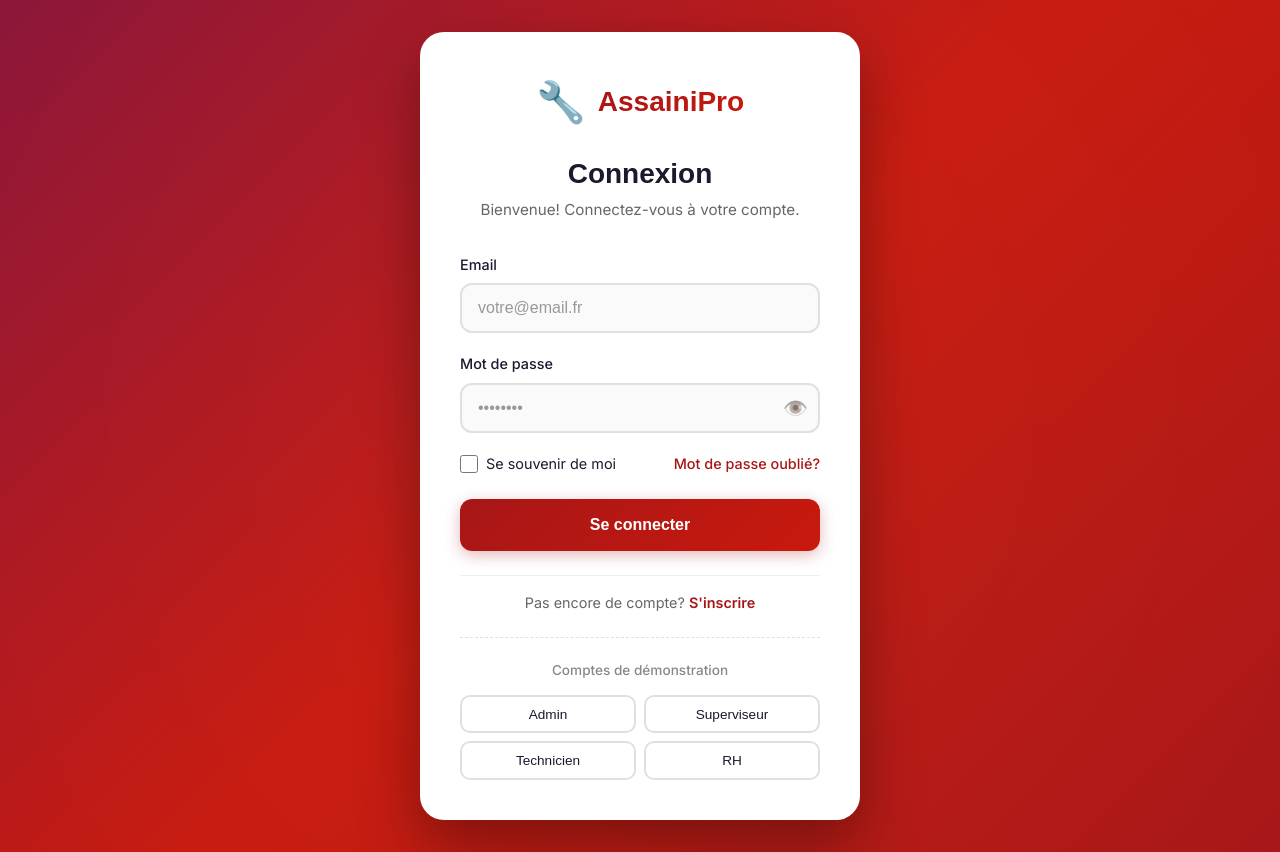
Repository: YoussefTakali/mouhab
Page: / (app in assainissement-frontend/)
These files come from the project's save history. The page is drawn as it stood at one moment and after the next save; the edit follows.
The browser window is 1280 px wide. The pictures show the whole page.
The project was rebuilt for these pictures with package versions that can differ from the ones it lists, and the page was loaded fresh each time. Also part of the build but not shown: assainissement-frontend/angular.json.

Above is the page before, as saved 2026-02-05 18:46:53.

### assainissement-frontend/src/index.html
<!doctype html>
<html lang="fr">
<head>
  <meta charset="utf-8">
  <title>AssainissementPro - Gestion des Interventions</title>
  <base href="/">
  <meta name="viewport" content="width=device-width, initial-scale=1">
  <link rel="icon" type="image/x-icon" href="favicon.ico">
  <link href="https://fonts.googleapis.com/css2?family=Inter:wght@300;400;500;600;700&display=swap" rel="stylesheet">
  <link href="https://fonts.googleapis.com/icon?family=Material+Icons" rel="stylesheet">
</head>
<body>
  <app-root></app-root>
</body>
</html>

### assainissement-frontend/src/styles.scss
// Global styles
@import url('https://fonts.googleapis.com/css2?family=Inter:wght@300;400;500;600;700&display=swap');

:root {
  // Primary colors - Professional Blue
  --primary-50: #e3f2fd;
  --primary-100: #bbdefb;
  --primary-200: #90caf9;
  --primary-300: #64b5f6;
  --primary-400: #42a5f5;
  --primary-500: #1976d2;
  --primary-600: #1565c0;
  --primary-700: #0d47a1;
  --primary-800: #0a3d8f;
  --primary-900: #072c6b;

  // Secondary colors - Teal/Green for success
  --secondary-50: #e0f2f1;
  --secondary-100: #b2dfdb;
  --secondary-500: #009688;
  --secondary-600: #00897b;
  --secondary-700: #00796b;

  // Accent colors - Orange for warnings/urgent
  --accent-50: #fff3e0;
  --accent-100: #ffe0b2;
  --accent-500: #ff9800;
  --accent-600: #fb8c00;
  --accent-700: #f57c00;

  // Danger colors
  --danger-50: #ffebee;
  --danger-100: #ffcdd2;
  --danger-500: #f44336;
  --danger-600: #e53935;
  --danger-700: #d32f2f;

  // Success colors
  --success-50: #e8f5e9;
  --success-100: #c8e6c9;
  --success-500: #4caf50;
  --success-600: #43a047;
  --success-700: #388e3c;

  // Neutral colors
  --gray-50: #fafafa;
  --gray-100: #f5f5f5;
  --gray-200: #eeeeee;
  --gray-300: #e0e0e0;
  --gray-400: #bdbdbd;
  --gray-500: #9e9e9e;
  --gray-600: #757575;
  --gray-700: #616161;
  --gray-800: #424242;
  --gray-900: #212121;

  // Background
  --bg-primary: #f8fafc;
  --bg-secondary: #ffffff;
  --bg-tertiary: #f1f5f9;

  // Text
  --text-primary: #1e293b;
  --text-secondary: #64748b;
  --text-muted: #94a3b8;

  // Shadows
  --shadow-sm: 0 1px 2px 0 rgb(0 0 0 / 0.05);
  --shadow-md: 0 4px 6px -1px rgb(0 0 0 / 0.1), 0 2px 4px -2px rgb(0 0 0 / 0.1);
  --shadow-lg: 0 10px 15px -3px rgb(0 0 0 / 0.1), 0 4px 6px -4px rgb(0 0 0 / 0.1);
  --shadow-xl: 0 20px 25px -5px rgb(0 0 0 / 0.1), 0 8px 10px -6px rgb(0 0 0 / 0.1);

  // Border radius
  --radius-sm: 0.25rem;
  --radius-md: 0.5rem;
  --radius-lg: 0.75rem;
  --radius-xl: 1rem;
  --radius-full: 9999px;

  // Transitions
  --transition-fast: 150ms ease;
  --transition-normal: 250ms ease;
  --transition-slow: 350ms ease;
}

* {
  margin: 0;
  padding: 0;
  box-sizing: border-box;
}

html, body {
  height: 100%;
}

body {
  font-family: 'Inter', -apple-system, BlinkMacSystemFont, 'Segoe UI', Roboto, Oxygen, Ubuntu, sans-serif;
  font-size: 14px;
  line-height: 1.5;
  color: var(--text-primary);
  background-color: var(--bg-primary);
  -webkit-font-smoothing: antialiased;
  -moz-osx-font-smoothing: grayscale;
}

// Typography
h1, h2, h3, h4, h5, h6 {
  font-weight: 600;
  line-height: 1.25;
  color: var(--text-primary);
}

h1 { font-size: 2rem; }
h2 { font-size: 1.5rem; }
h3 { font-size: 1.25rem; }
h4 { font-size: 1.125rem; }
h5 { font-size: 1rem; }
h6 { font-size: 0.875rem; }

p {
  color: var(--text-secondary);
}

a {
  color: var(--primary-500);
  text-decoration: none;
  transition: color var(--transition-fast);

  &:hover {
    color: var(--primary-700);
  }
}

// Buttons
.btn {
  display: inline-flex;
  align-items: center;
  justify-content: center;
  gap: 0.5rem;
  padding: 0.625rem 1.25rem;
  font-size: 0.875rem;
  font-weight: 500;
  line-height: 1.25rem;
  border-radius: var(--radius-md);
  border: none;
  cursor: pointer;
  transition: all var(--transition-fast);

  &:disabled {
    opacity: 0.5;
    cursor: not-allowed;
  }

  .material-icons {
    font-size: 1.125rem;
  }
}

.btn-primary {
  background-color: var(--primary-500);
  color: white;

  &:hover:not(:disabled) {
    background-color: var(--primary-600);
  }

  &:active:not(:disabled) {
    background-color: var(--primary-700);
  }
}

.btn-secondary {
  background-color: var(--gray-100);
  color: var(--text-primary);

  &:hover:not(:disabled) {
    background-color: var(--gray-200);
  }
}

.btn-success {
  background-color: var(--success-500);
  color: white;

  &:hover:not(:disabled) {
    background-color: var(--success-600);
  }
}

.btn-danger {
  background-color: var(--danger-500);
  color: white;

  &:hover:not(:disabled) {
    background-color: var(--danger-600);
  }
}

.btn-warning {
  background-color: var(--accent-500);
  color: white;

  &:hover:not(:disabled) {
    background-color: var(--accent-600);
  }
}

.btn-outline {
  background-color: transparent;
  border: 1px solid var(--gray-300);
  color: var(--text-primary);

  &:hover:not(:disabled) {
    background-color: var(--gray-50);
    border-color: var(--gray-400);
  }
}

.btn-sm {
  padding: 0.375rem 0.75rem;
  font-size: 0.75rem;
}

.btn-lg {
  padding: 0.875rem 1.75rem;
  font-size: 1rem;
}

.btn-icon {
  padding: 0.5rem;
  border-radius: var(--radius-full);
}

// Form controls
.form-group {
  margin-bottom: 1rem;
}

.form-label {
  display: block;
  margin-bottom: 0.375rem;
  font-size: 0.875rem;
  font-weight: 500;
  color: var(--text-primary);
}

.form-control {
  width: 100%;
  padding: 0.625rem 0.875rem;
  font-size: 0.875rem;
  line-height: 1.25rem;
  color: var(--text-primary);
  background-color: white;
  border: 1px solid var(--gray-300);
  border-radius: var(--radius-md);
  transition: border-color var(--transition-fast), box-shadow var(--transition-fast);

  &:focus {
    outline: none;
    border-color: var(--primary-500);
    box-shadow: 0 0 0 3px var(--primary-100);
  }

  &::placeholder {
    color: var(--text-muted);
  }

  &:disabled {
    background-color: var(--gray-100);
    cursor: not-allowed;
  }

  &.is-invalid {
    border-color: var(--danger-500);

    &:focus {
      box-shadow: 0 0 0 3px var(--danger-100);
    }
  }
}

textarea.form-control {
  min-height: 100px;
  resize: vertical;
}

.form-select {
  @extend .form-control;
  appearance: none;
  background-image: url("data:[embedded picture, 218 characters]");
  background-position: right 0.5rem center;
  background-repeat: no-repeat;
  background-size: 1.5em 1.5em;
  padding-right: 2.5rem;
}

.form-error {
  margin-top: 0.25rem;
  font-size: 0.75rem;
  color: var(--danger-500);
}

// Cards
.card {
  background-color: white;
  border-radius: var(--radius-lg);
  box-shadow: var(--shadow-sm);
  border: 1px solid var(--gray-200);
  overflow: hidden;
}

.card-header {
  padding: 1rem 1.5rem;
  border-bottom: 1px solid var(--gray-200);
  background-color: var(--gray-50);

  h3, h4 {
    margin: 0;
  }
}

.card-body {
  padding: 1.5rem;
}

.card-footer {
  padding: 1rem 1.5rem;
  border-top: 1px solid var(--gray-200);
  background-color: var(--gray-50);
}

// Badges / Status
.badge {
  display: inline-flex;
  align-items: center;
  gap: 0.25rem;
  padding: 0.25rem 0.625rem;
  font-size: 0.75rem;
  font-weight: 500;
  border-radius: var(--radius-full);
}

.badge-primary {
  background-color: var(--primary-100);
  color: var(--primary-700);
}

.badge-success {
  background-color: var(--success-100);
  color: var(--success-700);
}

.badge-warning {
  background-color: var(--accent-100);
  color: var(--accent-700);
}

.badge-danger {
  background-color: var(--danger-100);
  color: var(--danger-700);
}

.badge-secondary {
  background-color: var(--gray-200);
  color: var(--gray-700);
}

// Status indicators
.status-dot {
  display: inline-block;
  width: 8px;
  height: 8px;
  border-radius: 50%;
  margin-right: 0.5rem;

  &.status-created { background-color: var(--gray-400); }
  &.status-assigned { background-color: var(--primary-500); }
  &.status-accepted { background-color: var(--primary-400); }
  &.status-on-the-way { background-color: var(--accent-500); }
  &.status-on-site { background-color: var(--secondary-500); }
  &.status-in-progress { background-color: var(--secondary-600); }
  &.status-completed { background-color: var(--success-400); }
  &.status-pending-review { background-color: var(--accent-600); }
  &.status-approved { background-color: var(--success-500); }
  &.status-rejected { background-color: var(--danger-500); }
  &.status-cancelled { background-color: var(--gray-500); }
}

// Priority badges
.priority-badge {
  @extend .badge;

  &.priority-low {
    background-color: var(--gray-200);
    color: var(--gray-700);
  }
  &.priority-normal {
    background-color: var(--primary-100);
    color: var(--primary-700);
  }
  &.priority-high {
    background-color: var(--accent-100);
    color: var(--accent-700);
  }
  &.priority-urgent {
    background-color: var(--danger-100);
    color: var(--danger-700);
  }
  &.priority-emergency {
    background-color: var(--danger-500);
    color: white;
    animation: pulse 2s infinite;
  }
}

@keyframes pulse {
  0%, 100% { opacity: 1; }
  50% { opacity: 0.7; }
}

// Tables
.table-container {
  overflow-x: auto;
}

table {
  width: 100%;
  border-collapse: collapse;
}

th, td {
  padding: 0.75rem 1rem;
  text-align: left;
  border-bottom: 1px solid var(--gray-200);
}

th {
  font-weight: 600;
  font-size: 0.75rem;
  text-transform: uppercase;
  letter-spacing: 0.05em;
  color: var(--text-secondary);
  background-color: var(--gray-50);
}

tr:hover {
  background-color: var(--gray-50);
}

// Utilities
.text-center { text-align: center; }
.text-right { text-align: right; }
.text-muted { color: var(--text-muted); }
.text-primary { color: var(--primary-500); }
.text-success { color: var(--success-500); }
.text-danger { color: var(--danger-500); }
.text-warning { color: var(--accent-500); }

.font-bold { font-weight: 700; }
.font-semibold { font-weight: 600; }
.font-medium { font-weight: 500; }

.flex { display: flex; }
.flex-col { flex-direction: column; }
.items-center { align-items: center; }
.justify-center { justify-content: center; }
.justify-between { justify-content: space-between; }
.gap-1 { gap: 0.25rem; }
.gap-2 { gap: 0.5rem; }
.gap-3 { gap: 0.75rem; }
.gap-4 { gap: 1rem; }

.mb-1 { margin-bottom: 0.25rem; }
.mb-2 { margin-bottom: 0.5rem; }
.mb-3 { margin-bottom: 0.75rem; }
.mb-4 { margin-bottom: 1rem; }
.mb-6 { margin-bottom: 1.5rem; }

.mt-1 { margin-top: 0.25rem; }
.mt-2 { margin-top: 0.5rem; }
.mt-4 { margin-top: 1rem; }

.p-4 { padding: 1rem; }
.p-6 { padding: 1.5rem; }

.w-full { width: 100%; }

.hidden { display: none; }

// Avatar
.avatar {
  display: inline-flex;
  align-items: center;
  justify-content: center;
  width: 40px;
  height: 40px;
  border-radius: 50%;
  background-color: var(--primary-500);
  color: white;
  font-weight: 600;
  font-size: 1rem;

  &.avatar-sm {
    width: 32px;
    height: 32px;
    font-size: 0.875rem;
  }

  &.avatar-lg {
    width: 56px;
    height: 56px;
    font-size: 1.25rem;
  }
}

// Loading spinner
.spinner {
  display: inline-block;
  width: 20px;
  height: 20px;
  border: 2px solid var(--gray-300);
  border-radius: 50%;
  border-top-color: var(--primary-500);
  animation: spin 0.8s linear infinite;
}

@keyframes spin {
  to { transform: rotate(360deg); }
}

// Empty state
.empty-state {
  display: flex;
  flex-direction: column;
  align-items: center;
  justify-content: center;
  padding: 3rem 1.5rem;
  text-align: center;

  .material-icons {
    font-size: 3rem;
    color: var(--gray-400);
    margin-bottom: 1rem;
  }

  h4 {
    margin-bottom: 0.5rem;
  }

  p {
    color: var(--text-muted);
    max-width: 300px;
  }
}

// Scrollbar styling
::-webkit-scrollbar {
  width: 8px;
  height: 8px;
}

::-webkit-scrollbar-track {
  background: var(--gray-100);
}

::-webkit-scrollbar-thumb {
  background: var(--gray-400);
  border-radius: 4px;

  &:hover {
    background: var(--gray-500);
  }
}

// Toast notifications
.toast-container {
  position: fixed;
  top: 1rem;
  right: 1rem;
  z-index: 9999;
  display: flex;
  flex-direction: column;
  gap: 0.5rem;
}

.toast {
  display: flex;
  align-items: center;
  gap: 0.75rem;
  padding: 1rem 1.25rem;
  background-color: white;
  border-radius: var(--radius-lg);
  box-shadow: var(--shadow-lg);
  min-width: 300px;
  animation: slideIn 0.3s ease;

  &.toast-success { border-left: 4px solid var(--success-500); }
  &.toast-error { border-left: 4px solid var(--danger-500); }
  &.toast-warning { border-left: 4px solid var(--accent-500); }
  &.toast-info { border-left: 4px solid var(--primary-500); }
}

@keyframes slideIn {
  from {
    transform: translateX(100%);
    opacity: 0;
  }
  to {
    transform: translateX(0);
    opacity: 1;
  }
}

### assainissement-frontend/src/app/app.component.ts
import { Component } from '@angular/core';
import { RouterOutlet } from '@angular/router';
import { ToastContainerComponent } from './shared/toast-container/toast-container.component';

@Component({
  selector: 'app-root',
  standalone: true,
  imports: [RouterOutlet, ToastContainerComponent],
  template: `
    <router-outlet></router-outlet>
    <app-toast-container />
  `,
  styles: [`
    :host {
      display: block;
      height: 100%;
    }
  `]
})
export class AppComponent {
  title = 'AssainissementPro';
}

### assainissement-frontend/src/app/app.config.ts
import { ApplicationConfig } from '@angular/core';
import { provideRouter } from '@angular/router';
import { provideHttpClient, withInterceptors } from '@angular/common/http';
import { provideAnimations } from '@angular/platform-browser/animations';
import { routes } from './app.routes';
import { authInterceptor } from './core/interceptors/auth.interceptor';

export const appConfig: ApplicationConfig = {
  providers: [
    provideRouter(routes),
    provideHttpClient(withInterceptors([authInterceptor])),
    provideAnimations()
  ]
};

### assainissement-frontend/src/app/shared/toast-container/toast-container.component.ts
import { Component, inject } from '@angular/core';
import { CommonModule } from '@angular/common';
import { ToastService } from '../../core/services/toast.service';

@Component({
  selector: 'app-toast-container',
  standalone: true,
  imports: [CommonModule],
  template: `
    <div class="toast-container">
      @for (toast of toastService.toasts(); track toast.id) {
        <div
          class="toast"
          [class]="'toast-' + toast.type"
          (click)="toastService.remove(toast.id)"
        >
          <span class="toast-icon">{{ getIcon(toast.type) }}</span>
          <span class="toast-message">{{ toast.message }}</span>
          <button class="toast-close">✕</button>
        </div>
      }
    </div>
  `,
  styles: [`
    .toast-container {
      position: fixed;
      top: 1.5rem;
      right: 1.5rem;
      z-index: 9999;
      display: flex;
      flex-direction: column;
      gap: 0.75rem;
      max-width: 400px;
    }

    .toast {
      display: flex;
      align-items: center;
      gap: 0.75rem;
      padding: 1rem 1.25rem;
      border-radius: 12px;
      background: white;
      box-shadow: 0 8px 24px rgba(0, 0, 0, 0.15);
      cursor: pointer;
      animation: slideIn 0.3s ease-out;
    }

    @keyframes slideIn {
      from {
        opacity: 0;
        transform: translateX(100%);
      }
      to {
        opacity: 1;
        transform: translateX(0);
      }
    }

    .toast-success {
      border-left: 4px solid #4caf50;
    }

    .toast-error {
      border-left: 4px solid #f44336;
    }

    .toast-warning {
      border-left: 4px solid #ff9800;
    }

    .toast-info {
      border-left: 4px solid #2196f3;
    }

    .toast-icon {
      font-size: 1.25rem;
    }

    .toast-message {
      flex: 1;
      font-size: 0.875rem;
      color: var(--text-color);
    }

    .toast-close {
      background: none;
      border: none;
      font-size: 0.875rem;
      color: var(--text-light);
      cursor: pointer;
      padding: 0.25rem;
    }

    .toast-close:hover {
      color: var(--text-color);
    }

    @media (max-width: 480px) {
      .toast-container {
        left: 1rem;
        right: 1rem;
        max-width: none;
      }
    }
  `]
})
export class ToastContainerComponent {
  toastService = inject(ToastService);

  getIcon(type: string): string {
    const icons: Record<string, string> = {
      success: '✅',
      error: '❌',
      warning: '⚠️',
      info: 'ℹ️'
    };
    return icons[type] || 'ℹ️';
  }
}

### assainissement-frontend/src/app/core/interceptors/auth.interceptor.ts
import { HttpInterceptorFn, HttpErrorResponse } from '@angular/common/http';
import { inject } from '@angular/core';
import { Router } from '@angular/router';
import { catchError, throwError } from 'rxjs';
import { AuthService } from '../services/auth.service';

export const authInterceptor: HttpInterceptorFn = (req, next) => {
  const authService = inject(AuthService);
  const router = inject(Router);
  const token = authService.getToken();

  let authReq = req;

  if (token) {
    authReq = req.clone({
      setHeaders: {
        Authorization: `Bearer ${token}`
      }
    });
  }

  return next(authReq).pipe(
    catchError((error: HttpErrorResponse) => {
      if (error.status === 401) {
        authService.logout();
      } else if (error.status === 403) {
        router.navigate(['/unauthorized']);
      }
      return throwError(() => error);
    })
  );
};

### assainissement-frontend/src/app/core/services/toast.service.ts
import { Injectable, signal } from '@angular/core';

export interface Toast {
  id: number;
  message: string;
  type: 'success' | 'error' | 'warning' | 'info';
  duration?: number;
}

@Injectable({
  providedIn: 'root'
})
export class ToastService {
  private toastsSignal = signal<Toast[]>([]);
  toasts = this.toastsSignal.asReadonly();

  private nextId = 1;

  show(message: string, type: Toast['type'] = 'info', duration = 4000): void {
    const toast: Toast = {
      id: this.nextId++,
      message,
      type,
      duration
    };

    this.toastsSignal.update(toasts => [...toasts, toast]);

    if (duration > 0) {
      setTimeout(() => this.remove(toast.id), duration);
    }
  }

  success(message: string, duration = 4000): void {
    this.show(message, 'success', duration);
  }

  error(message: string, duration = 5000): void {
    this.show(message, 'error', duration);
  }

  warning(message: string, duration = 4000): void {
    this.show(message, 'warning', duration);
  }

  info(message: string, duration = 4000): void {
    this.show(message, 'info', duration);
  }

  remove(id: number): void {
    this.toastsSignal.update(toasts => toasts.filter(t => t.id !== id));
  }

  clear(): void {
    this.toastsSignal.set([]);
  }
}

### assainissement-frontend/src/app/core/guards/auth.guard.ts
import { inject } from '@angular/core';
import { CanActivateFn, Router } from '@angular/router';
import { AuthService } from '../services/auth.service';

export const authGuard: CanActivateFn = (route, state) => {
  const authService = inject(AuthService);
  const router = inject(Router);

  if (authService.isAuthenticated()) {
    return true;
  }

  router.navigate(['/login'], { queryParams: { returnUrl: state.url } });
  return false;
};

export const roleGuard: CanActivateFn = (route, state) => {
  const authService = inject(AuthService);
  const router = inject(Router);

  if (!authService.isAuthenticated()) {
    router.navigate(['/login'], { queryParams: { returnUrl: state.url } });
    return false;
  }

  const requiredRoles = route.data['roles'] as string[];
  const userRole = authService.currentUser()?.role;

  if (requiredRoles && userRole && requiredRoles.includes(userRole)) {
    return true;
  }

  router.navigate(['/unauthorized']);
  return false;
};

export const supervisorGuard: CanActivateFn = (route, state) => {
  const authService = inject(AuthService);
  const router = inject(Router);

  if (!authService.isAuthenticated()) {
    router.navigate(['/login'], { queryParams: { returnUrl: state.url } });
    return false;
  }

  if (authService.isSupervisor()) {
    return true;
  }

  router.navigate(['/unauthorized']);
  return false;
};

export const hrGuard: CanActivateFn = (route, state) => {
  const authService = inject(AuthService);
  const router = inject(Router);

  if (!authService.isAuthenticated()) {
    router.navigate(['/login'], { queryParams: { returnUrl: state.url } });
    return false;
  }

  if (authService.isHR()) {
    return true;
  }

  router.navigate(['/unauthorized']);
  return false;
};

export const guestGuard: CanActivateFn = (route, state) => {
  const authService = inject(AuthService);
  const router = inject(Router);

  if (!authService.isAuthenticated()) {
    return true;
  }

  router.navigate(['/dashboard']);
  return false;
};

Loaded but not shown: assainissement-frontend/src/main.ts (common file); assainissement-frontend/src/environments/environment.ts (common file); assainissement-frontend/src/app/features/auth/login/login.component.ts (472 lines, source omitted); assainissement-frontend/src/app/core/services/auth.service.ts (115 lines, source omitted); assainissement-frontend/src/app/app.routes.ts (73 lines, source omitted)

After the next save:
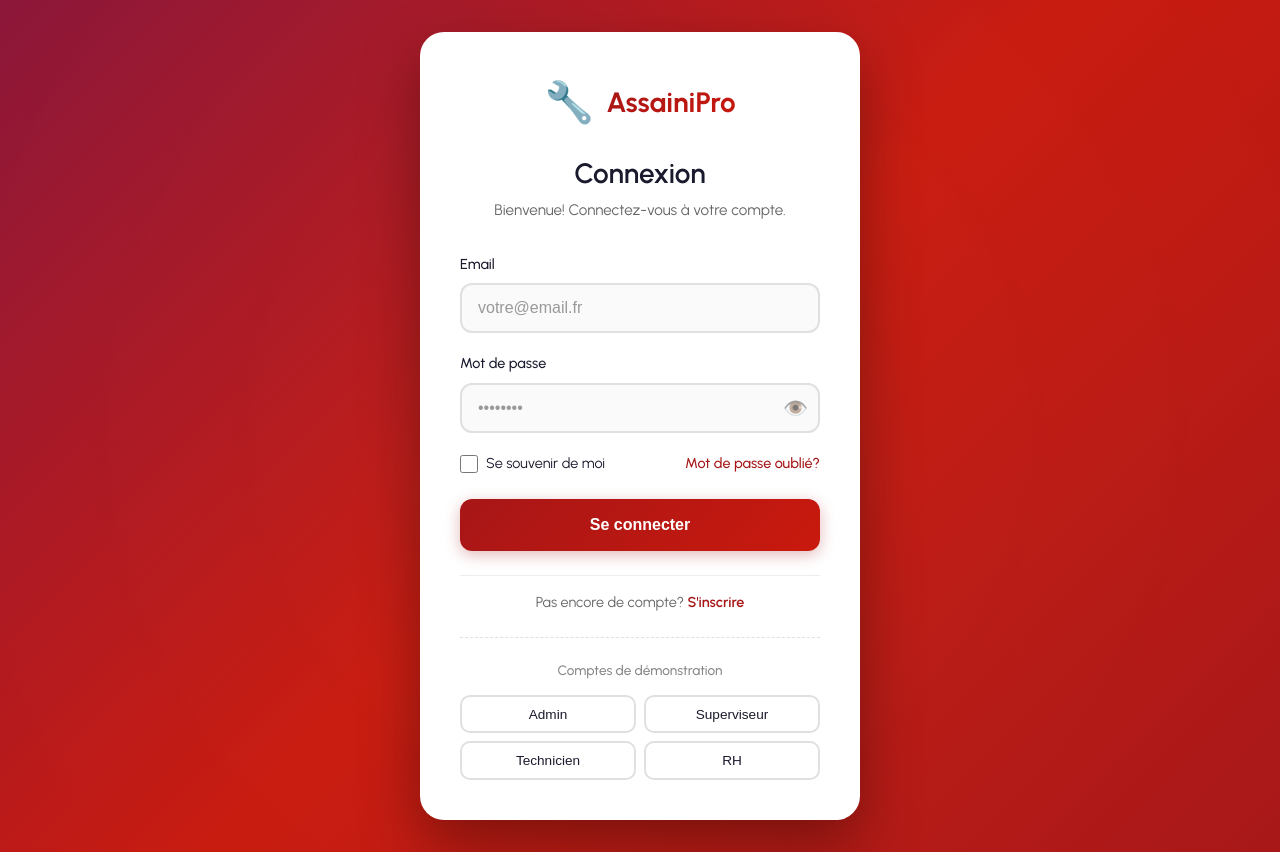
Saved 32 s later.
--- a/assainissement-frontend/src/styles.scss
+++ b/assainissement-frontend/src/styles.scss
@@ -1,18 +1,24 @@
 // Global styles
 @import url('https://fonts.googleapis.com/css2?family=Inter:wght@300;400;500;600;700&display=swap');
+@import url('https://fonts.googleapis.com/css2?family=Urbanist:wght@300;400;500;600;700;800&family=Poppins:wght@300;400;500;600;700&display=swap');
 
 :root {
-  // Primary colors - Professional Blue
-  --primary-50: #e3f2fd;
-  --primary-100: #bbdefb;
-  --primary-200: #90caf9;
-  --primary-300: #64b5f6;
-  --primary-400: #42a5f5;
-  --primary-500: #1976d2;
-  --primary-600: #1565c0;
-  --primary-700: #0d47a1;
-  --primary-800: #0a3d8f;
-  --primary-900: #072c6b;
+  // Primary colors - Red/Burgundy Theme
+  --primary-50: #fef2f2;
+  --primary-100: #fee2e2;
+  --primary-200: #fecaca;
+  --primary-300: #fca5a5;
+  --primary-400: #f87171;
+  --primary-500: #a71617;
+  --primary-600: #8b1538;
+  --primary-700: #7f1d1d;
+  --primary-800: #6b1a1a;
+  --primary-900: #450a0a;
+
+  // Main brand colors
+  --primary-color: #a71617;
+  --primary-dark: #8b1538;
+  --primary-light: #c9190d;
 
   // Secondary colors - Teal/Green for success
   --secondary-50: #e0f2f1;
@@ -20,6 +26,7 @@
   --secondary-500: #009688;
   --secondary-600: #00897b;
   --secondary-700: #00796b;
+  --secondary-color: #009688;
 
   // Accent colors - Orange for warnings/urgent
   --accent-50: #fff3e0;
@@ -31,16 +38,18 @@
   // Danger colors
   --danger-50: #ffebee;
   --danger-100: #ffcdd2;
-  --danger-500: #f44336;
-  --danger-600: #e53935;
-  --danger-700: #d32f2f;
+  --danger-500: #dc3545;
+  --danger-600: #c82333;
+  --danger-700: #bd2130;
+  --danger-color: #dc3545;
 
   // Success colors
   --success-50: #e8f5e9;
   --success-100: #c8e6c9;
-  --success-500: #4caf50;
-  --success-600: #43a047;
-  --success-700: #388e3c;
+  --success-500: #28a745;
+  --success-600: #218838;
+  --success-700: #1e7e34;
+  --success-color: #28a745;
 
   // Neutral colors
   --gray-50: #fafafa;
@@ -55,14 +64,20 @@
   --gray-900: #212121;
 
   // Background
-  --bg-primary: #f8fafc;
+  --bg-primary: #f5f6fa;
   --bg-secondary: #ffffff;
   --bg-tertiary: #f1f5f9;
+  --background-color: #f5f6fa;
 
   // Text
-  --text-primary: #1e293b;
+  --text-primary: #1a1a2e;
   --text-secondary: #64748b;
   --text-muted: #94a3b8;
+  --text-color: #1a1a2e;
+  --text-light: #666666;
+
+  // Border
+  --border-color: #e0e0e0;
 
   // Shadows
   --shadow-sm: 0 1px 2px 0 rgb(0 0 0 / 0.05);
@@ -81,6 +96,7 @@
   --transition-fast: 150ms ease;
   --transition-normal: 250ms ease;
   --transition-slow: 350ms ease;
+  --transition-speed: 0.2s;
 }
 
 * {
@@ -94,7 +110,7 @@ html, body {
 }
 
 body {
-  font-family: 'Inter', -apple-system, BlinkMacSystemFont, 'Segoe UI', Roboto, Oxygen, Ubuntu, sans-serif;
+  font-family: 'Urbanist', 'Poppins', 'Inter', -apple-system, BlinkMacSystemFont, 'Segoe UI', Roboto, Oxygen, Ubuntu, sans-serif;
   font-size: 14px;
   line-height: 1.5;
   color: var(--text-primary);
